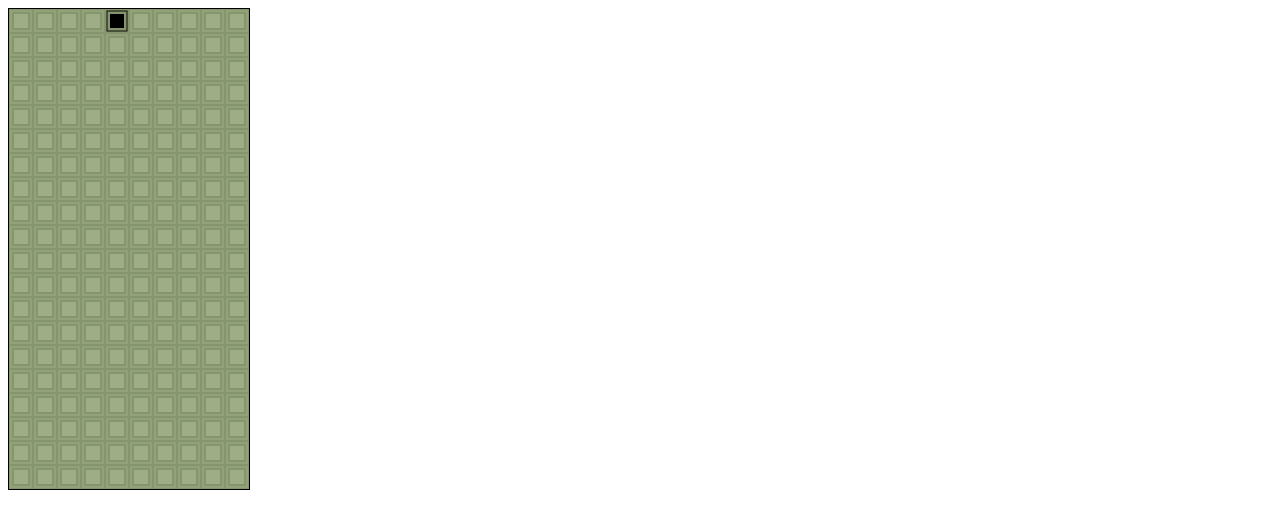
Repository: yzarc204/tetris-web
Page: index.html
An editor plug-in stored every save of this project. The page is shown before and after the next save, followed by the edit.
The browser window is 1280 px wide. The pictures show the whole page.

Above is the page before, as saved 2021-09-20 19:11:10.

### index.html
<!DOCTYPE html>
<html lang="en">
<head>
    <meta charset="UTF-8">
    <meta http-equiv="X-UA-Compatible" content="IE=edge">
    <meta name="viewport" content="width=device-width, initial-scale=1.0">
    <title>Tetris</title>
    <style>
        canvas {
            border: 1px solid #000;
        }
    </style>
</head>
<body>
    <script src="js/const.js"></script>
    <script src="js/board.js"></script>
    <script src="js/pixel.js"></script>
    <script src="js/brick.js"></script>
    <script src="js/game.js"></script>
</body>
</html>

### js/const.js
const PIXEL_SIZE = 24;

const B = true;
const _ = false;

const ROW = 20;
const COL = 10;

const GAME_WIDTH = PIXEL_SIZE * COL;
const GAME_HEIGHT = PIXEL_SIZE * ROW;

const GAME_BG_COLOR = '#86966c';
const PIXEL_COLOR = '#000000';
const PIXEL_BG_COLOR = '#9EAD86';

### js/board.js
class Board
{
    constructor(tetris) {
        this.tetris = tetris;
        this.map = [];
        this.row = ROW;
        this.col = COL;
        this.init();
    }

    init() {
        for (let row = 0; row < this.row; row++) {
            let rowData = [];
            for (let col = 0; col < this.col; col++) {
                rowData.push(_);
            }
            this.map.push(rowData);
        }
    }

    isCellEmpty(row, col) {
        if (row > this.row || col > this.col)
           return false;
        return this.map[row][col] == _;
    }

    draw() {
        for (let row = 0; row < this.row; row++) {
            for (let col = 0; col < this.col; col++) {
                if (this.map[row][col] == _)
                    new Pixel(this.tetris, row, col, PIXEL_BG_COLOR).draw();
            }
        }
    }
};

### js/pixel.js
class Pixel
{
    constructor(tetris, row, col, color) {
        this.tetris = tetris;
        this.row = row;
        this.col = col;
        this.color = color;
        this.size = PIXEL_SIZE;
    }

    canFall() {
        let canPixelFall = true;
        if (this.tetris.board.isEmptyCell(row+1, col))
            canPixelFall = false;
    }

    fall() {

    }

    draw() {
        const x = this.row * this.size;
        const y = this.col * this.size;
        // Set color
        this.tetris.ctx.fillStyle = this.color;
        this.tetris.ctx.strokeStyle = this.color;
        this.tetris.ctx.lineWidth = 1;
        // Draw outline
        this.tetris.ctx.strokeRect(y+2, x+2, this.size-4, this.size-4);
        // Draw area
        this.tetris.ctx.fillRect(y+5, x+5, this.size-10, this.size-10, this.color);
    }
};

### js/game.js
class Tetris {
    constructor() {
        this.cvs = null;
        this.ctx = null;
        this.board = null;
        this.brick = null;
        this.score = 0;
        this.init();
        this.startGame();
        this.gameLoop = setInterval(() => this.loop(), 333);
    }

    init() {
        // Create canvas
        this.cvs = document.createElement('canvas');
        this.cvs.width = GAME_WIDTH;
        this.cvs.height = GAME_HEIGHT;
        document.body.appendChild(this.cvs);

        this.ctx = this.cvs.getContext('2d');
    }

    startGame() {
        this.board = new Board(this);
        this.pixel = new Pixel(this, 0, 4, PIXEL_COLOR);
    }

    clrscr() {
        this.ctx.fillStyle = GAME_BG_COLOR;
        this.ctx.fillRect(0, 0, GAME_WIDTH, GAME_HEIGHT);
    }

    loop() {
        this.clrscr();
        this.update();
        this.draw();
    }

    update() {
        this.pixel.fall();
    }

    draw() {
        this.board.draw();
        this.pixel.draw();
    }
};

const tetris = new Tetris();

Loaded but not shown: js/brick.js (no copy from this time; the picture is the same without it)

After the next save:
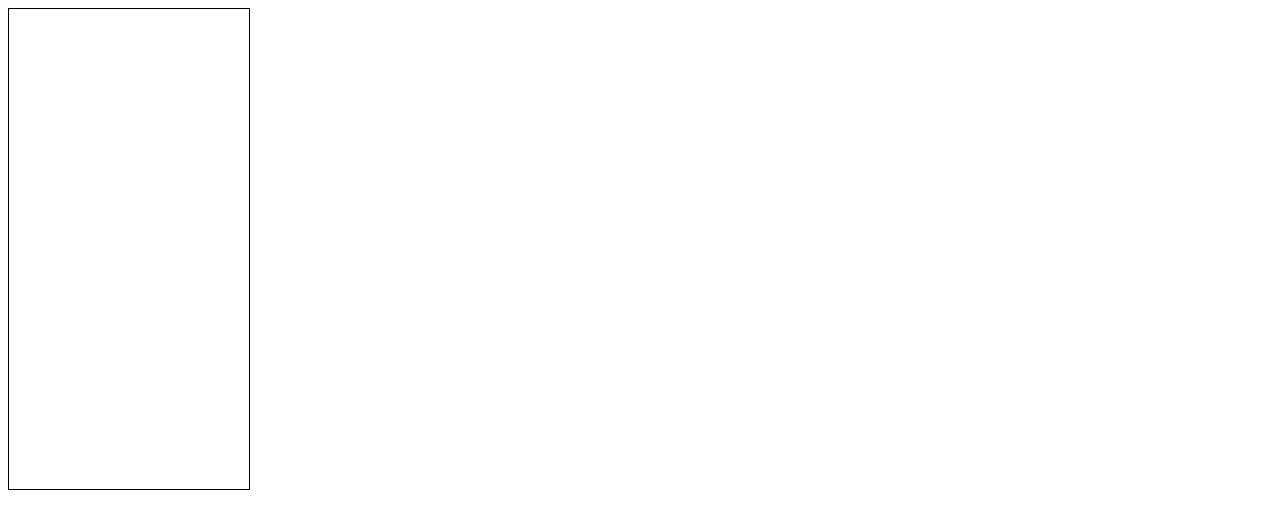
Console error: SyntaxError: Unexpected token '}'
Saved 16 s later.
--- a/js/pixel.js
+++ b/js/pixel.js
@@ -9,9 +9,7 @@
     }
 
     canFall() {
-        let canPixelFall = true;
-        if (this.tetris.board.isEmptyCell(row+1, col))
-            canPixelFall = false;
+        if (!this.tetris.board.isEmptyCell(row+1, col))
     }
 
     fall() {

After the save that followed:
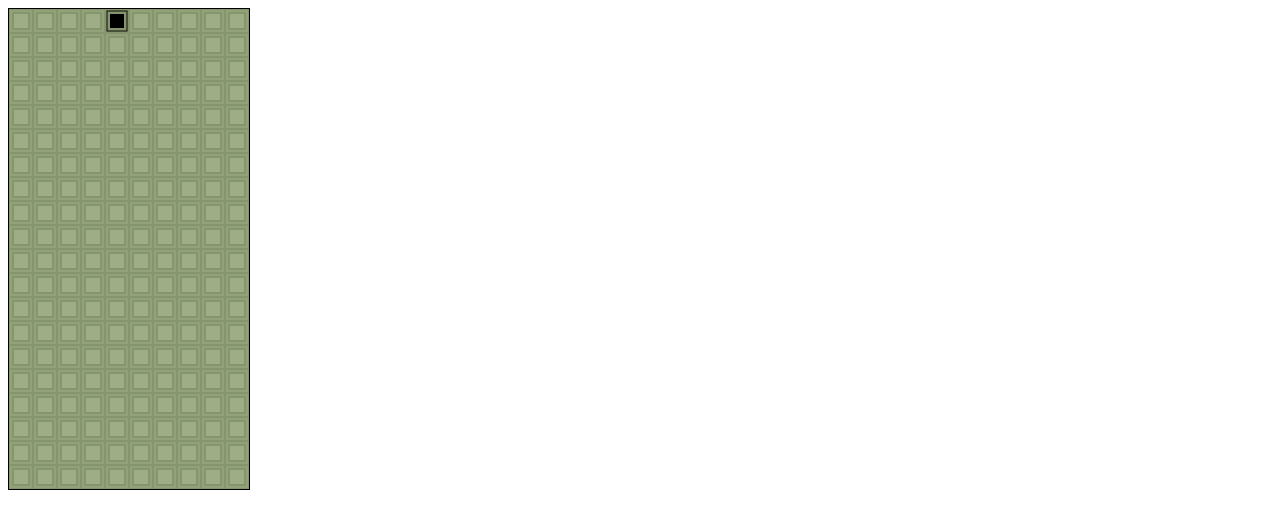
The error is gone.
Saved 4 s later.
--- a/js/pixel.js
+++ b/js/pixel.js
@@ -10,6 +10,7 @@
 
     canFall() {
         if (!this.tetris.board.isEmptyCell(row+1, col))
+            return false;
     }
 
     fall() {
